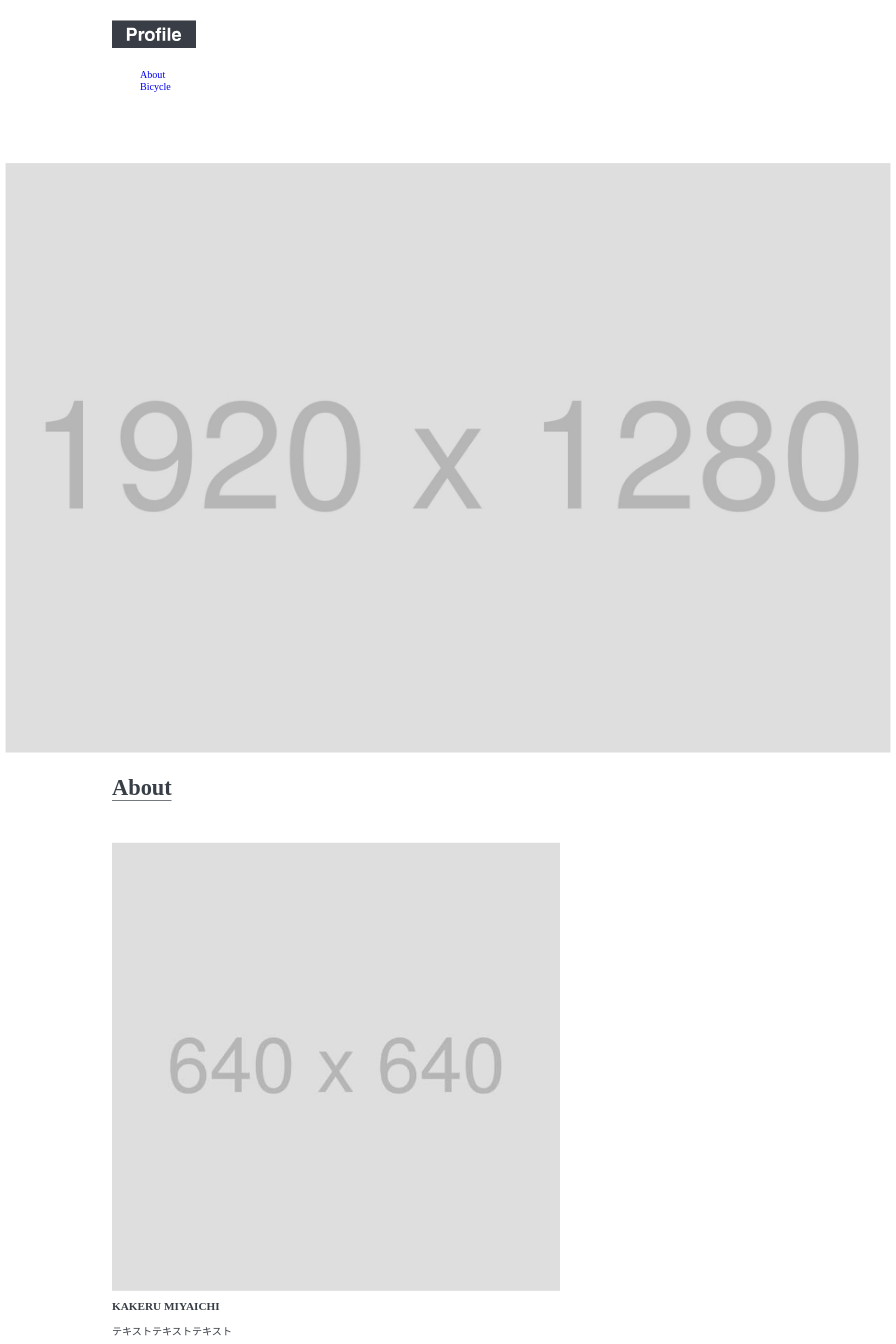
Repository: Fuki-san/bicycle
Page: http://localhost/bicycle
The author's editor kept a copy of each file at every save. The page is drawn from the files as they stood at one save, then again after a run of saves.
The browser window is 1280 px wide. The pictures show the part of the page from y = 0 to 1920 px (the page is 4108 px tall), at 70% of full size.
The page is served by the project's Laravel application, run on PHP 8.4 with Laravel 10.

Above is the page before, as saved 2023-11-16 15:03:57.

After the next 3 saves:
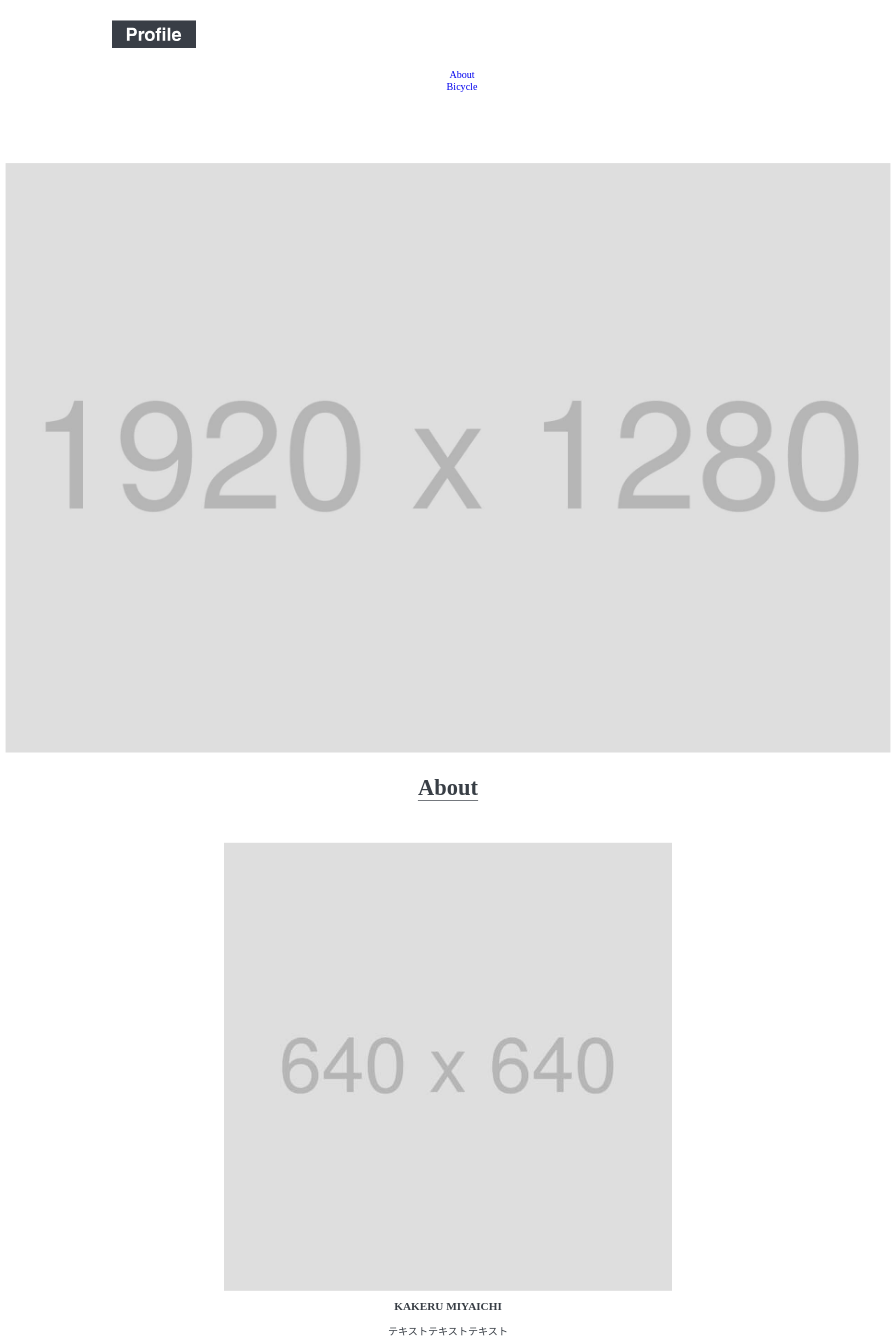
The 3 saves are shown as one change because they came seconds apart.
The last was saved 10 s later.
--- a/public/css/style.css
+++ b/public/css/style.css
@@ -47,5 +47,6 @@ li{
 .wrapper{
     max-width: 960px;
     margin: 0 auto 100px auto;
-    padding: ;
+    padding: 0 4%;
+    text-align: center;
 }
